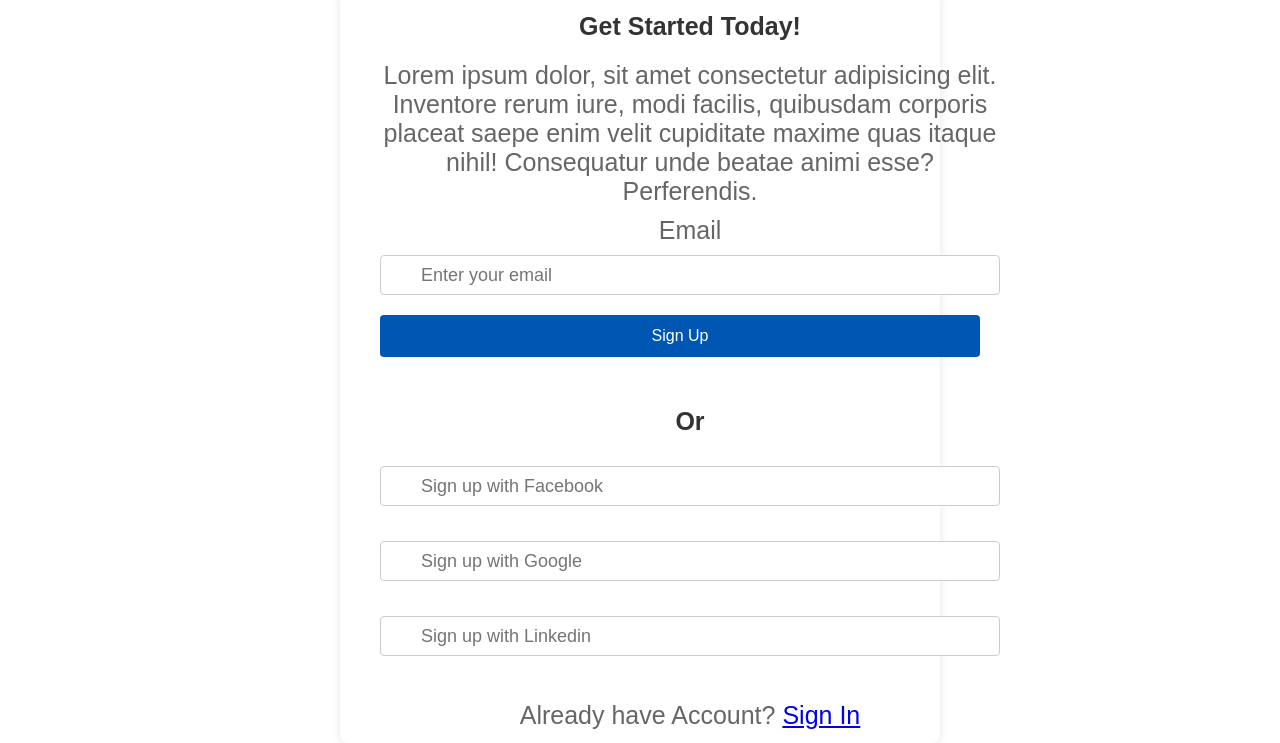
Repository: Femi007-gh/LOGIN-INTERFACE
Page: index.html
The author's editor kept a copy of each file at every save. The page is drawn from the files as they stood at one save, then again after the next save.
The browser window is 1280 px wide. The pictures show the whole page.

Above is the page before, as saved 2025-01-21 13:11:55.

### index.html
<html>
  <head>
    <title></title>
    <link rel="stylesheet" href="style.css">
  </head>
  <body>
    <div class="container">
      <div class="left-session">
        <div class="form-container">
          <h1>Get Started Today!</h1>
          <p>Lorem ipsum dolor, sit amet consectetur adipisicing elit. Inventore rerum iure, modi facilis, quibusdam corporis placeat saepe enim velit cupiditate maxime quas itaque nihil! Consequatur unde beatae animi esse? Perferendis.</p>
          <form>
            <div class="inter-group">
              <p>Email</p>
              <input type="email" id="email" placeholder="Enter your email" class="email">
            </div>
           <button class="primary-btn" type="submit">
              Sign Up
            </button>
            </form>
            <p class="divider">Or</p>
            <div class="social-buttons">
              <input type="email"placeholder="Sign up with Facebook" class="small">
              <input type="email" placeholder="Sign up with Google" class="sign">
              <input type="email" placeholder="Sign up with Linkedin" class="sign">
              <p class="pet">Already have Account? <a href="#">Sign In</a>

      </div>
      <div class="right-section"></div>
    </div>
  </body>
</html>

### style.css
body {
  font-family: Arial, sans-serif;
  display: flex;
  justify-content: center;
  align-items: center;
  height: 100vh;
}

.container {
  display: flex;
  width: 600px;
  height: 750px;
  background-color: white;
  border-radius: 8px;
  box-shadow: 0 0 10px rgba(0, 0, 0, 0.1);
}

.left-session {
  flex: 1;
  padding: 40px;
  display: flex;
  flex-direction: column;
  justify-content: center;
}

.form-container {
  text-align: center;
}

h1 {
  font-size: 28px;
  margin-bottom: 20px;
  color: #333;
}

p {
  margin: 10px 0;
  color: #666;
}



.input-wrapper {
  position: relative;
}

input[type="email"], input[type="text"] {
  width: 620px;
  height: 40px;
  border: 1px solid #ccc;
  border-radius: 4px;
  margin-bottom: 20px;
  padding-left: 40px;
  font-size: 18px;
}


.primary-btn {
  background-color: #0056b3;
  color: white;
  border: none;
  padding: 12px 20px;
  border-radius: 4px;
  cursor: pointer;
  font-size: 16px;
  width: 600px;
  display: flex;
  align-items: center;
  justify-content: center;
  transition: background-color 0.3s ease;
  margin-bottom: 50px;
}

.primary-btn:hover {
  background-color: #004494;
}

.divider {
  text-align: center;
  font-weight: bold;
  margin: 20px 0;
  color: #333;
  margin-bottom: 30px;
}


input[type="small"], input[type="text"] {
  width: 620px;
  height: 100px;
  border: 1px solid grey;
  border-radius: 4px;
  margin-bottom: 20px;
  padding-left: 40px;
  font-size: 18px;
  margin-bottom: 100px;
}

.social-buttons {
  display: flex;
  flex-direction: column;
  gap: 15px;
}

.social-buttons .input-wrapper {
  background-color: transparent;
}

.center-text {
  text-align: center;
  margin-top: 20px;
  color: #333;
}

.center-text a {
  color: #0056b3;
  text-decoration: none;
  font-weight: bold;
}

.center-text a:hover {
  text-decoration: underline;
}

.pet, p, h1 {
  font-size: 25px;
}

After the next save:
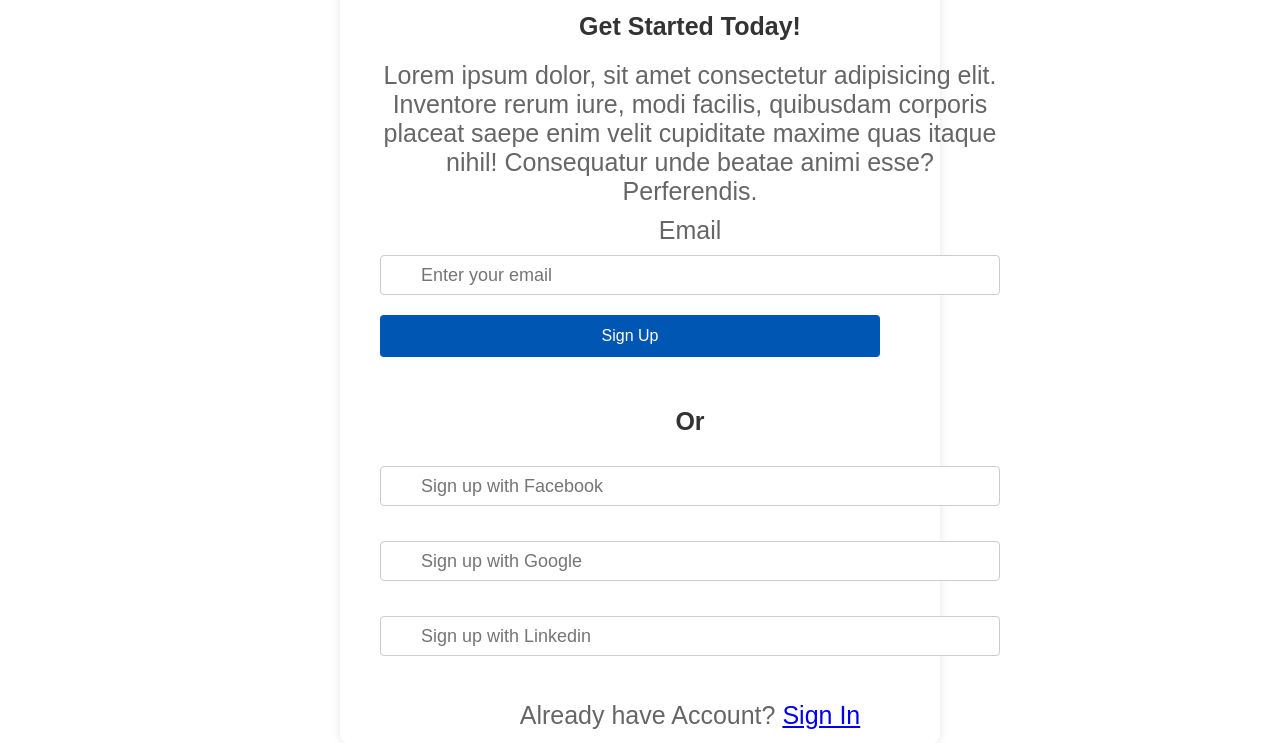
Saved 6 s later.
--- a/style.css
+++ b/style.css
@@ -63,7 +63,7 @@ input[type="email"], input[type="text"] {
   border-radius: 4px;
   cursor: pointer;
   font-size: 16px;
-  width: 600px;
+  width: 500px;
   display: flex;
   align-items: center;
   justify-content: center;
